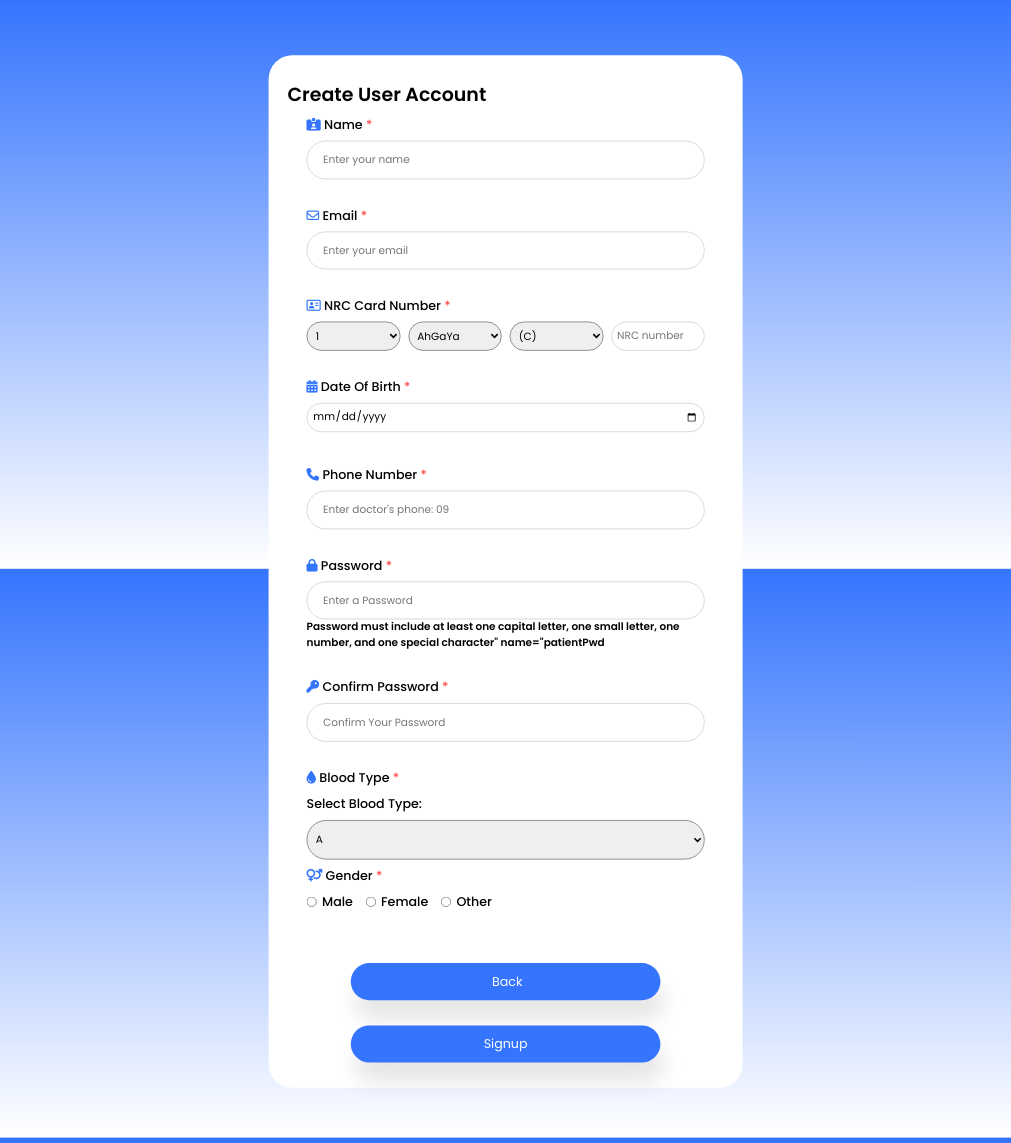
Repository: theonlymono/FitfinityHealthcareWebsiteJ2EE
Page: http://localhost/Fitfinity/register.jsp
These files come from the project's save history. The page is drawn as it stood at one moment and after a run of saves; the edit follows.
The browser window is 1280 px wide. The pictures show the whole page, at 79% of full size.
Backgrounds fixed to the window are drawn as part of the page. The page is served by Tomcat 9. Other server files are loaded and not shown.

Above is the page before, as saved 2024-02-26 07:11:01.

### fitfinity/Fitfinity/WebContent/register.jsp
<%@ page language="java" contentType="text/html; charset=UTF-8" pageEncoding="UTF-8"%>
<!DOCTYPE html>
<html>
<head>
<title>Form Validation</title>
<meta name="viewport" content="width=device-width, initial-scale=1" />
<link rel="icon" href="./image/logo.png">
<link rel="stylesheet" href="https://cdnjs.cloudflare.com/ajax/libs/font-awesome/6.5.1/css/all.min.css">
<!-- Google Fonts -->
<link
	href="https://fonts.googleapis.com/css2?family=Poppins:wght@400;500;600&display=swap"
	rel="stylesheet" />
<style>
* {
	padding: 0;
	margin: 0;
	box-sizing: border-box;
	font-family: "Poppins", sans-serif;
}

body {
	background: rgb(53,117,254);
	background: linear-gradient(180deg, rgba(53,117,254,1) 0%, rgba(53,117,254,1) 0%, rgba(255,255,255,1) 100%);    background-size: cover;
    background-position: center;
    background-attachment: fixed;
    background-repeat: no-repeat;
}

.container {
	width: 90vw;
	max-width: 600px;
	padding: 2em 1.5em;
	background-color: #ffffff;
	margin: 70px auto;
	border-radius: 30px;
}

h4 {
	font-size: 1.5em;
}

.button-container {
    /* display: flex; */
    justify-content: center;
    margin-top: 0.2em;
    padding: 0 5em;
  }


  .button-container button {

    padding: 0.7em 1.5em;
    border: none;
    color: #ffffff;
    cursor: pointer;
    box-shadow: 5px 25px 27px rgba(0, 0, 0, 0.1);
    text-align: center;
  }

  a{
  	text-align: center;
  	justify-content: center;
  }

  .button-container #back-button {
    background-color: #3575FE;
    border-radius: 30px;
    margin-right: 5.5em;
  }


  .button-container #signup-button {
    background-color: #3575FE;
    border-radius: 30px;
    margin-left: 5.5em;

  }

.input-section {
	margin: 0.5em 1.5em;
}

label, .error-message {
	display: block;
	font-size: 1em;
}

label {
	margin-bottom: 0.5em;
	font-weight: 500;
}

.error-message {
	margin-top: 0.2em;
}

input, button, select {
	display: block;
	outline: none;
	width: 100%;
	padding: 0.5em;
	border-radius: 30px;
}

select {
	padding: 1em 0.5em;
	border: 1.5px solid #dOdOdO;
}

input {
	padding: 1em 1.5em;
	border: 1.5px solid #d0d0d0;
}

input[type="radio"] {
	width: fit-content;
	margin-right: 0.5em;
}

button {
	font-size: 1em;
	background-color: #3575FE;
	border: none;
	color: #ffffff;
	padding: 0.8em 0;
	margin-top: 2em;
}

.required-color {
	color: #ff4747;
}

.error {
	border-color: #ff4747;
}

.valid {
	border-color: #37a137;
}

.hide {
	display: none;
}

@media only screen and (max-width: 450px) {
	.container {
		font-size: 14px;
	}
}

.error-message {
            color: red;
        }

.radio-group {
    display: flex;
    margin-top: 0.5em;
    align-items: center;
  }

  .radio-label {
    margin-right: 1em;
    display: flex;
    align-items: center;
  }

  .radio-label input {
    margin-right: 0.5em;
  }

.nrc-section {
    display: flex;
    flex-direction: column;
    gap: 10px;
}

.nrc-grid {
    display: grid;
    grid-template-columns: repeat(4, 1fr);
    gap: 10px;
}

.nrc-dropdown,
#patientNRC {
    width: 100%;
    padding: 0.5em;
    border-radius: 30px;
}

</style>
</head>
<body>
	<div class="container">
    <form action="${pageContext.request.contextPath}/SignUPServlet" method="post">
        <h4>Create User Account</h4>

<!-- Name -->
		<div class="input-section">
          <label>
            	<i class="fa-solid fa-id-card-clip" style="color: #3575fe;"></i> Name <span class="required-color">*</span>
          </label>
          <input type="text" placeholder="Enter your name" name="patientName" id="patientName" value="${param.patientName}" required/>

        <% String error1 = (String) request.getAttribute("message1");
			if(error1!=null)
			{
		%>

			<span class="error-message"> <%= error1 %>  </span> <br>
			<% } else { %>
		        <br>
		    <% } %>
		</div>

<!-- Email -->
		<div class="input-section">
          <label>
            	<i class="fa-regular fa-envelope" style="color: #3575fe;"></i> Email <span class="required-color">*</span>
          </label>
          <input type="text" placeholder="Enter your email" name="patientEmail" id="patientEmail" value="${param.patientEmail}" required/>
          <% String error2 = (String) request.getAttribute("message2");
			if(error2!=null)
			{
			%>

			<span class="error-message"> <%= error2 %>  </span> <br>
			<% } else { %>
		        <br>
		    <% } %>
        </div>

<!-- NRC -->
        <div class="input-section">
    <label>
        <i class="fa-regular fa-address-card" style="color: #3575fe;"></i> NRC Card Number <span class="required-color">*</span>
    </label>
    <div class="nrc-grid">

	  <select id="firstSelect" name="state" onchange="updateSecondSelect()" class="nrc-dropdown">
	    <option value="1">1</option>
	    <option value="2">2</option>
	    <option value="3">3</option>
	    <option value="4">4</option>
	    <option value="5">5</option>
	    <option value="6">6</option>
	    <option value="7">7</option>
	    <option value="8">8</option>
	    <option value="9">9</option>
	    <option value="10">10</option>
	    <option value="11">11</option>
	    <option value="12">12</option>
	    <option value="13">13</option>
	    <option value="14">14</option>
	  </select>


	  <select id="secondSelect" name="city" class="nrc-dropdown">

	    <!-- Options will be dynamically added here -->
	  </select>

	  <select id="thirdSelect" name="citizen" class="nrc-dropdown">
	    <option value="(C)">(C)</option>
	    <option value="(A)">(A)</option>
	    <option value="(N)">(N)</option>
	  </select>

	  <input type="text" placeholder="NRC number" name="number" id="patientNRC" value="${param.patientNRC}" required/>
	  </div>

	  <script src="./NRC.js"></script>
	  <br>
</div>


<!-- Date Of Birth -->
        <div class="input-section">
            <label>
            	<i class="fa-solid fa-calendar-days" style="color: #3575fe;"></i> Date Of Birth <span class="required-color">*</span>
            </label>
            <div style="position: relative;">
            <input type="date" min="1943-1-1" max="2008-12-31" name="patientDOB" id="patientDOB" style="padding: 0.5em; border-radius: 30px; width: 100%; border: 1.5px solid #d0d0d0;"  value="${param.patientDOB}">
        	</div>
        </div>
        <br>

<!-- Phone -->
        <div class="input-section">
            <label>
            	<i class="fa-solid fa-phone" style="color: #3575fe;"></i> Phone Number <span class="required-color">*</span>
            </label>
            <input type="text" name="patientTel" id="pstientTel" value="${param.patientTel}"  placeholder="Enter doctor's phone: 09">

            <% String error5 = (String) request.getAttribute("message4");
				if(error5!=null)
				{
			%>

			<span class="error-message"> <%= error5 %>  </span> <br>
			<% } else { %>
		        <br>
		    <% } %>
        </div>

<!-- Password -->
		<div class="input-section">
          <label>
            	<i class="fa-solid fa-lock" style="color: #3575fe;"></i> Password <span class="required-color">*</span>
          </label>
          <input type="password"  placeholder="Enter a Password" id="patientPwd" name="patientPwd" value="${param.patientPwd}" required/>
          <h5> Password must include at least one capital letter, one small letter, one number, and one special character" name="patientPwd </h5>

         <% String error6 = (String) request.getAttribute("message5");
			if(error6!=null)
			{
		 %>

		<span class="error-message"> <%= error6 %>  </span> <br>
			<% } else { %>
		        <br>
		    <% } %>
         </div>

<!-- Confirm Password -->
		<div class="input-section">
          <label>
            	<i class="fa-solid fa-key" style="color: #3575fe;"></i> Confirm Password <span class="required-color">*</span>
          </label>
          <input type="text" placeholder="Confirm Your Password" name="confPwd" id="confPwd" value="${param.confPwd}" required/>

          <% String error7 = (String) request.getAttribute("message6");
			if(error7!=null)
			{
		  %>

		  <span class="error-message"> <%= error7 %>  </span> <br>
		  <% } else { %>
	         <br>
	  	  <% } %>
       </div>


<!-- BloodType -->
        <div class="input-section">
          <label>
            	<i class="fa-solid fa-droplet" style="color: #3575fe;"></i> Blood Type <span class="required-color">*</span>
          </label>
          <label for="bloodType">Select Blood Type:</label>
		    <select id="bloodType" name="bloodType">
		        <option value="A" ${param.bloodType == 'A' ? 'selected' : ''}>A</option>
			    <option value="B" ${param.bloodType == 'B' ? 'selected' : ''}>B</option>
			    <option value="AB" ${param.bloodType == 'AB' ? 'selected' : ''}>AB</option>
			    <option value="O" ${param.bloodType == 'O' ? 'selected' : ''}>O</option>
		    </select>

        </div>

<!-- Gender -->

			<div class="input-section">
				<label> <i class="fa-solid fa-venus-mars"
					style="color: #3575fe;"></i> Gender <span class="required-color" >*</span>
				</label>
				<div class="radio-group">
					<label class="radio-label">
						<input type="radio" name="gender" value="Male" ${param.gender == 'Male' ? 'checked' : ''} required > Male
					</label>
					<label class="radio-label">
						<input type="radio" name="gender" value="Female"  ${param.gender == 'Male' ? 'checked' : ''} required> Female
					</label>
					<label class="radio-label">
						<input type="radio" name="gender" value="Other"  ${param.gender == 'Male' ? 'checked' : ''} required> Other
					</label>
				</div>
				<% String error9 = (String) request.getAttribute("message7");
				   if (error9 != null) {
				%>
				<span class="error-message"> <%=error9%> </span> <br>
				<% } else { %> <br>
				<% } %>
			</div>

      <div class="button-container">
        <button id="back-button">
        	<a style="padding-left: 45%; padding-right: 45%; padding-top: 2%; padding-bottom: 2%; text-decoration: none; color: #ffffff;" href=""> Back </a>
        </button>
        <button id="submit-button" class="btn btn-primary" data-bs-toggle="modal" data-bs-target="#exampleModal"> Signup </button>
       </div>
    </form>



    <c:if test="${not empty message}">
		    <h3 style='color:green'>${message}</h3>
		    <c:remove var="message"/>
	</c:if>
</div>
</body>
</html>

Loaded but not shown: fitfinity/Fitfinity/WebContent/NRC.js (524 lines, source omitted)

After the next 3 saves:
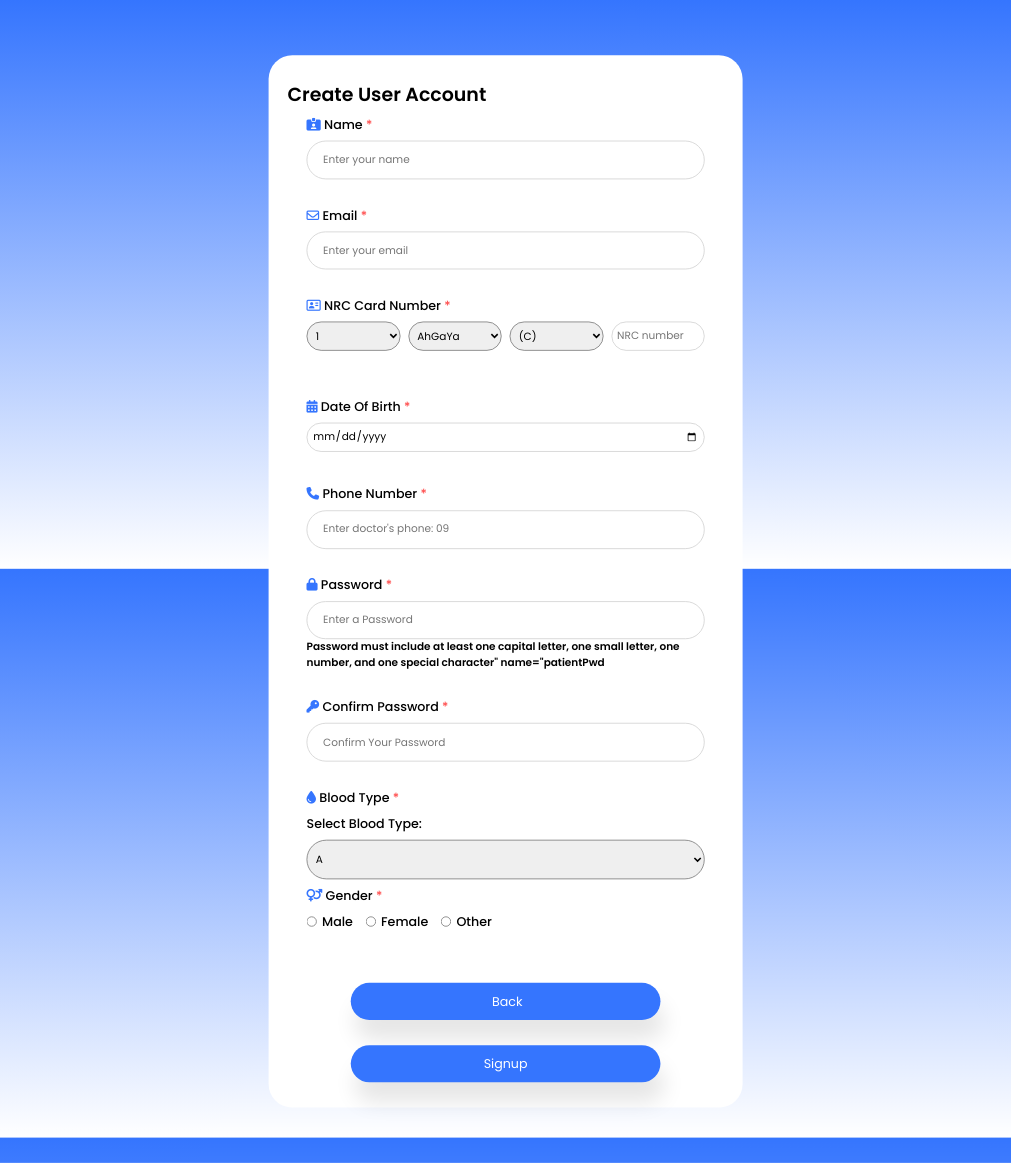
The 3 saves are shown as one change because 1 did not build or start and some came seconds apart.
The last was saved 4 min 46 s later.
--- a/fitfinity/Fitfinity/WebContent/register.jsp
+++ b/fitfinity/Fitfinity/WebContent/register.jsp
@@ -270,6 +270,15 @@ button {
 
 	  <script src="./NRC.js"></script>
 	  <br>
+	  <% String error3 = (String) request.getAttribute("message2");
+			if(error2!=null)
+			{
+			%>
+
+			<span class="error-message"> <%= error2 %>  </span> <br>
+			<% } else { %>
+		        <br>
+		    <% } %>
 </div>
 
 
